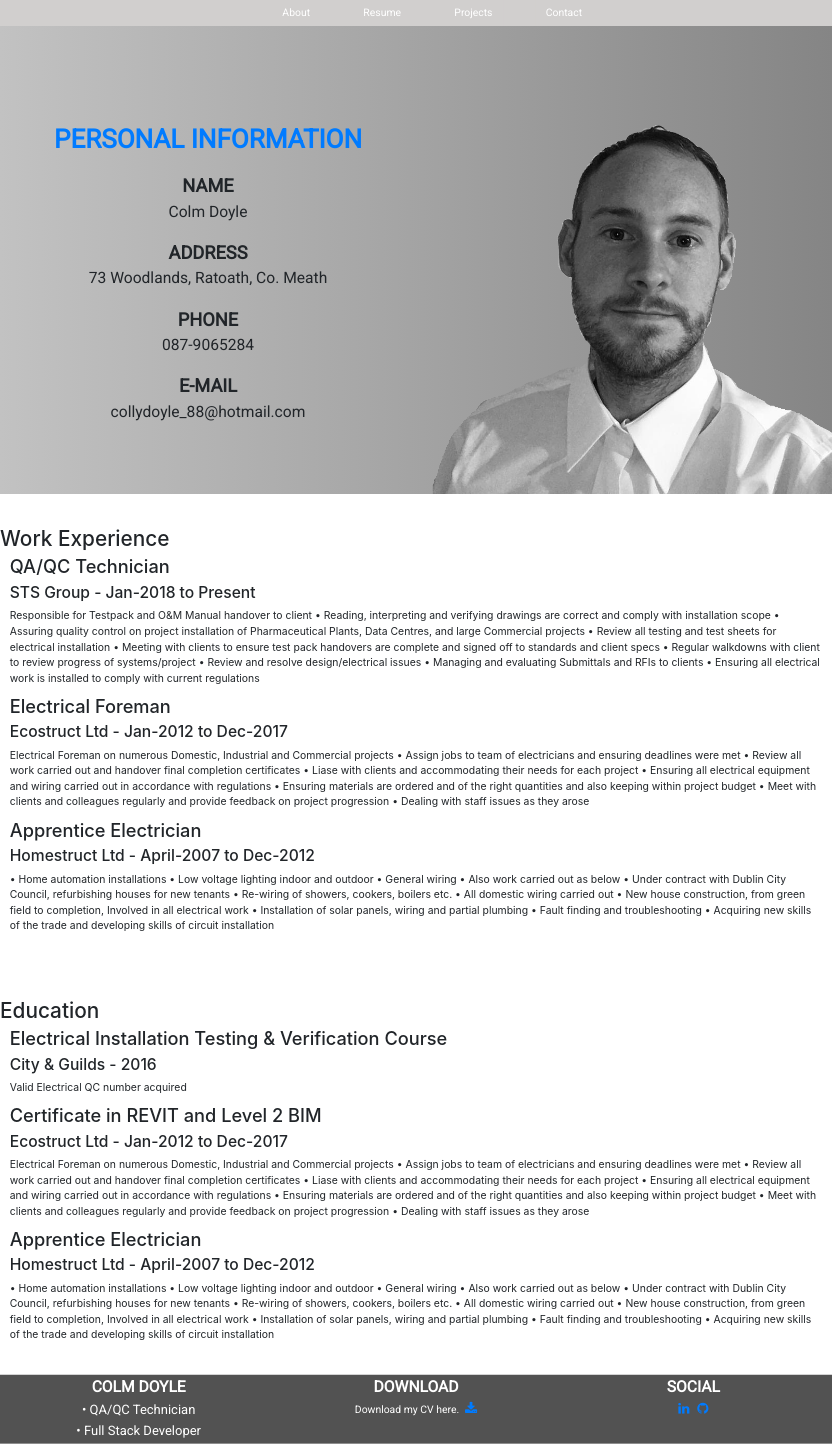
Repository: Code-Institute-Submissions/collyd21-milestone1
Page: resume.html
The author's editor kept a record of every edit. The page is drawn from the files as they stood at one moment, then again after the next edit.
The browser window is 1280 px wide. The pictures show the whole page, at 65% of full size.
Some web libraries are served in a nearby version.

Above is the page before.

After the next edit:
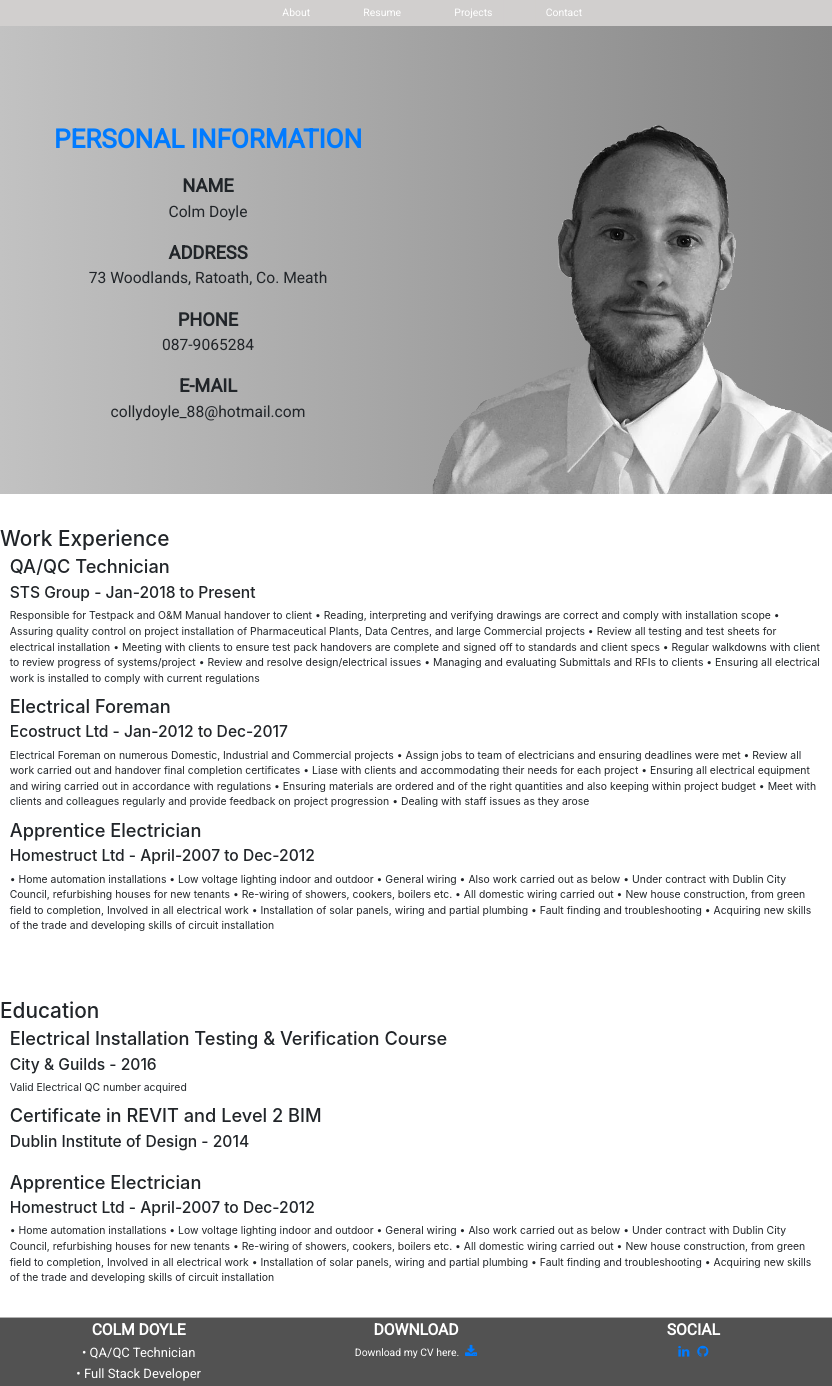
The edit:
--- a/resume.html
+++ b/resume.html
@@ -96,10 +96,8 @@
             </div>
             <div class="col-12 work-experience">
                 <h3>Certificate in REVIT and Level 2 BIM</h3>
-                <h4>Ecostruct Ltd - Jan-2012 to Dec-2017</h4>
-                <p>Electrical Foreman on numerous Domestic, Industrial and Commercial projects • Assign jobs to team of electricians and ensuring deadlines were met • Review all work carried out and handover final completion certificates • Liase with clients
-                    and accommodating their needs for each project • Ensuring all electrical equipment and wiring carried out in accordance with regulations • Ensuring materials are ordered and of the right quantities and also keeping within project budget
-                    • Meet with clients and colleagues regularly and provide feedback on project progression • Dealing with staff issues as they arose</p>
+                <h4>Dublin Institute of Design - 2014</h4>
+                <br>
             </div>
             <div class="col-12 work-experience">
                 <h3>Apprentice Electrician</h3>
